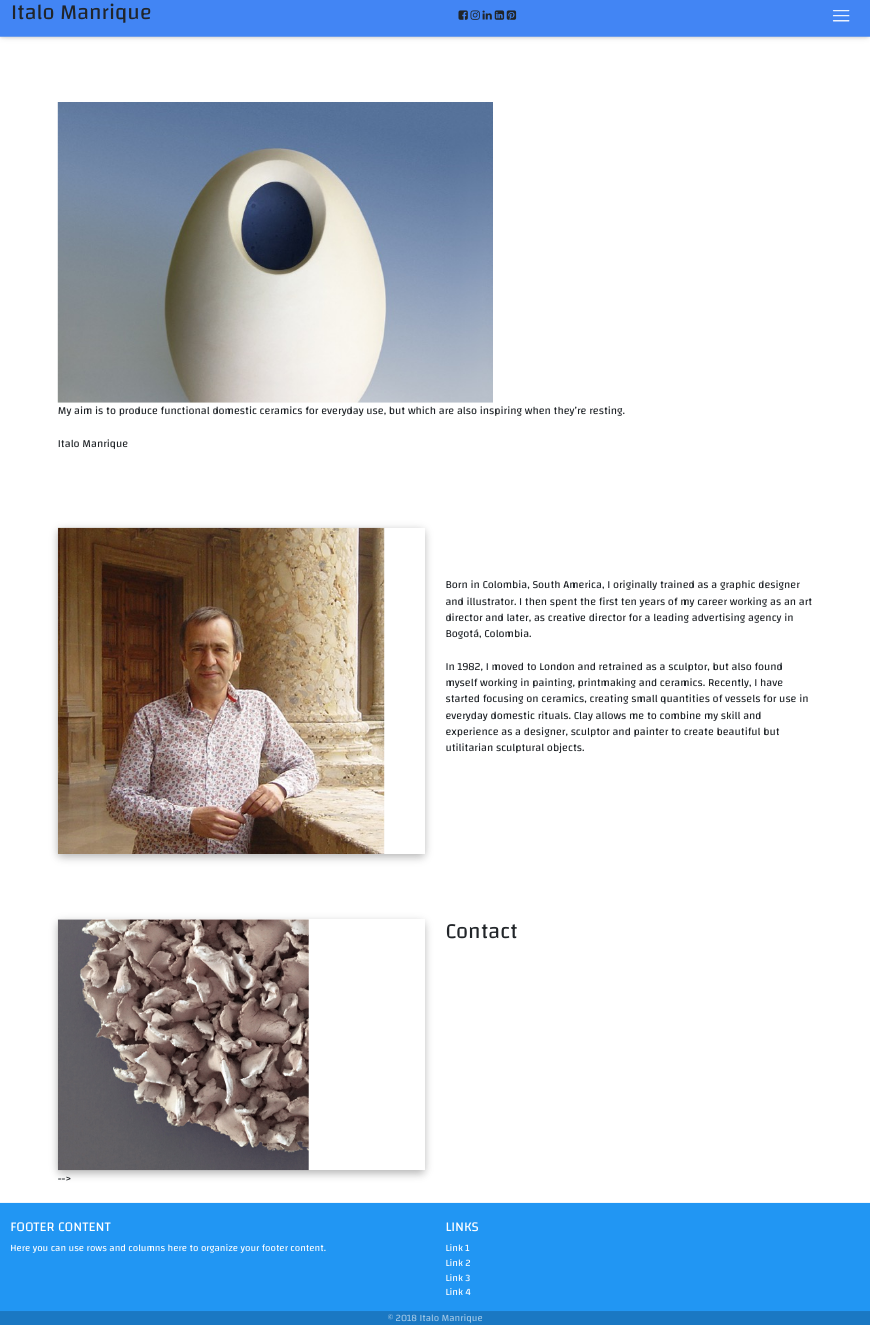
Repository: ManrOsca/ceramics
Page: MDB/index.html
The author's editor kept a record of every edit. The page is drawn from the files as they stood at one moment, then again after the next edit.
The browser window is 1280 px wide. The pictures show the whole page, at 68% of full size.

Above is the page before.

After the next edit:
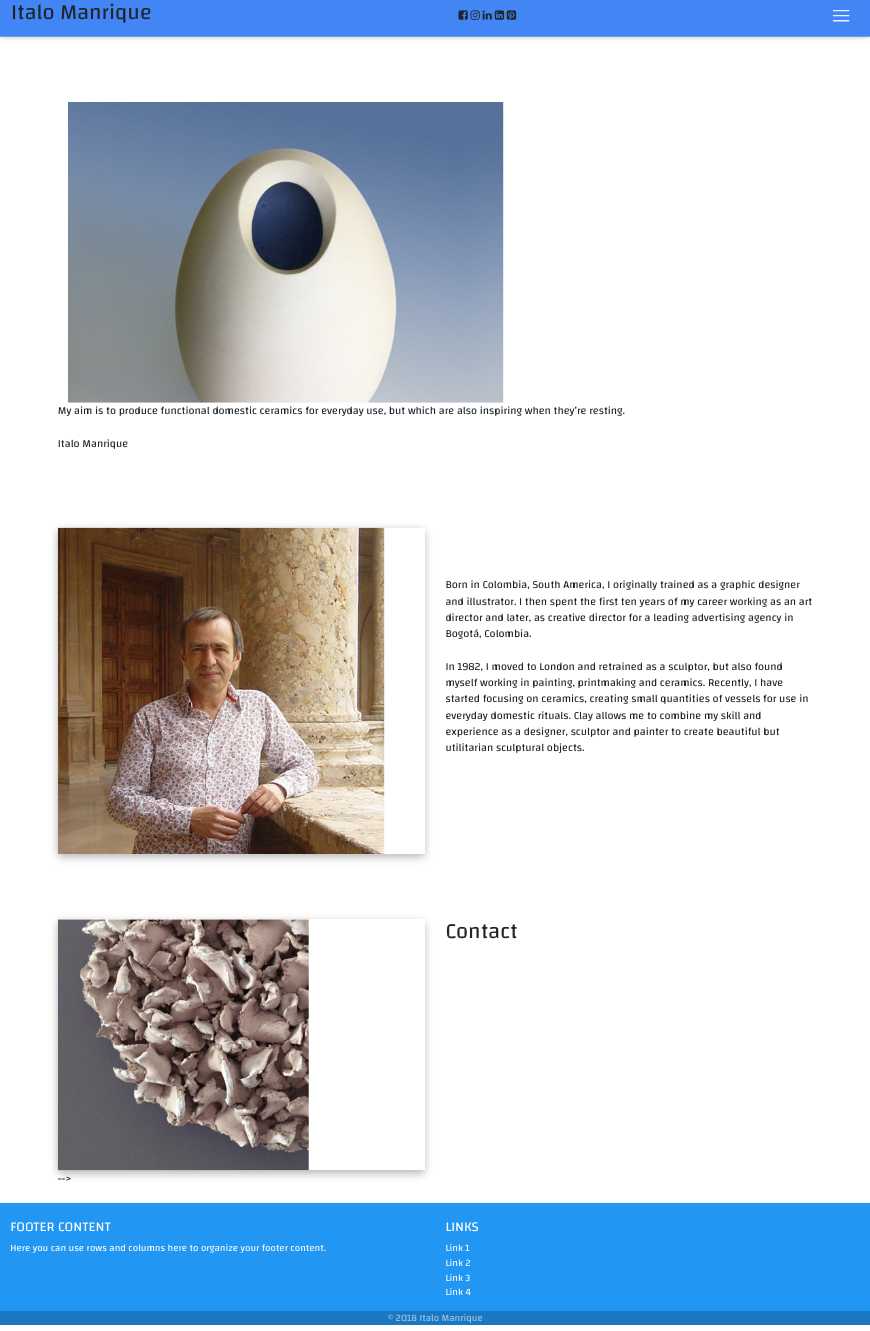
The edit:
--- a/MDB/index.html
+++ b/MDB/index.html
@@ -76,7 +76,7 @@
     <main>
         <div class="container">
             <br><br><br><br>
-            <div id="home">
+            <div class="col-md-12" id="home">
                 <img src="img/home.jpeg" alt="ceamics home" class="img-fluid">
             </div>
             <p class="changa">
